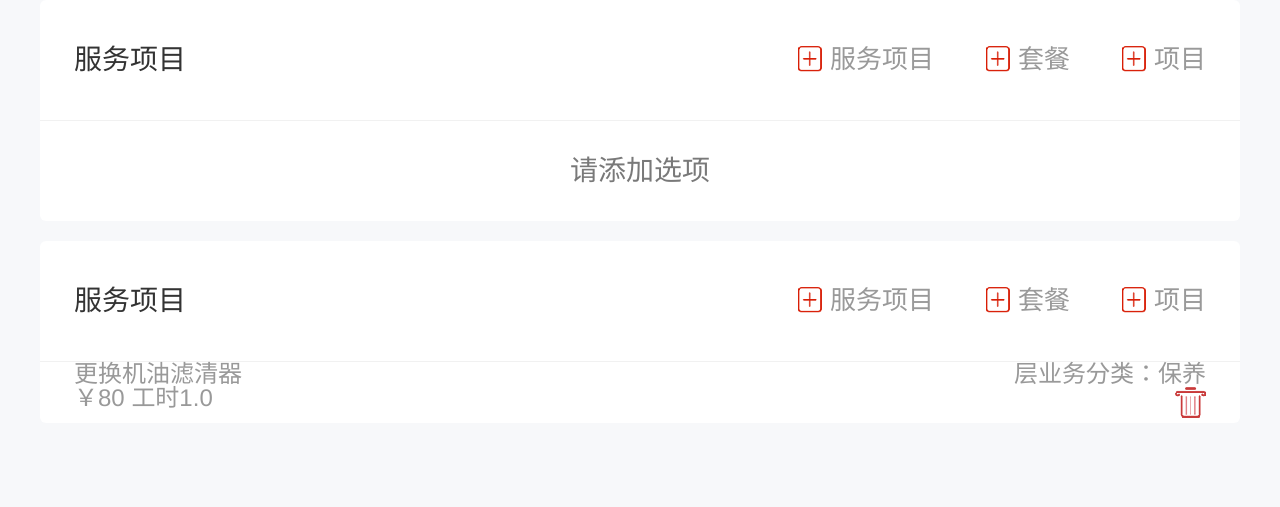
Repository: family-car/car
Page: maintenance.html
These files come from the project's save history. The page is drawn as it stood at one moment and after the next save; the edit follows.
The browser window is 1280 px wide. The pictures show the whole page.

Above is the page before, as saved 2020-05-12 20:53:49.

After the next save:
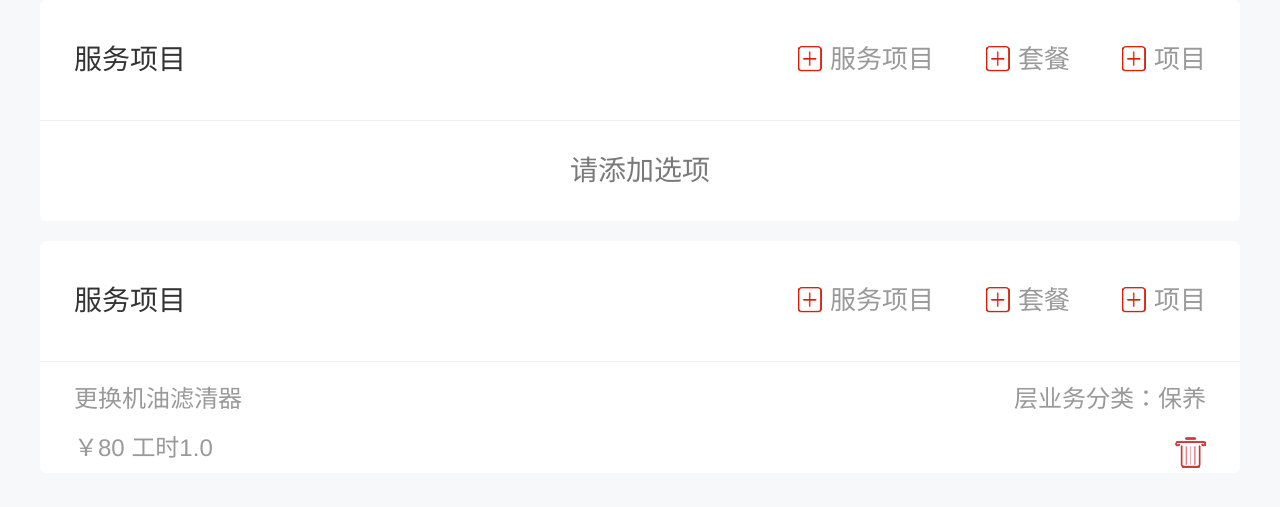
Saved 42 s later.
--- a/src/css/app/maintenance.css
+++ b/src/css/app/maintenance.css
@@ -44,5 +44,5 @@ body,html{
     padding: 0 34px;
 }
 .serviceProject_list .changeOil li{
-
+    padding-top: 25px;
 }
